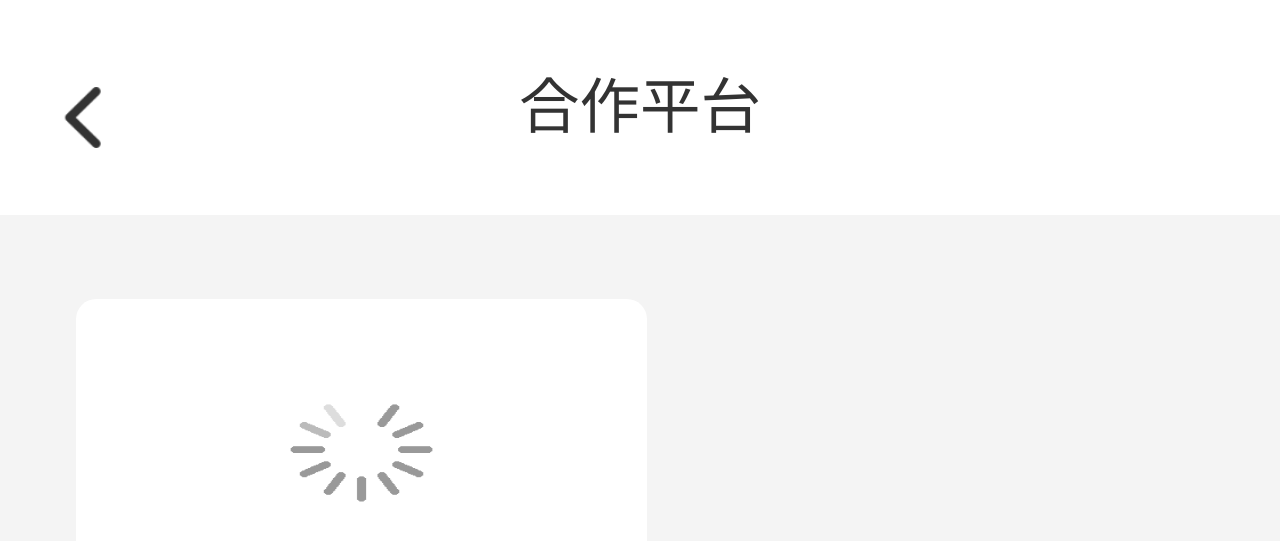
Repository: GgoodBoy/js-object
Page: jquery懒加载/platObj/platForm.html
An editor plug-in stored every save of this project. The page is shown before and after the next save, followed by the edit.
The browser window is 1280 px wide. The pictures show the whole page.
An inner scrolling area shows only its first screen. Some web libraries are served in a nearby version.

Above is the page before, as saved 2019-10-15 16:34:19.

After the next save:
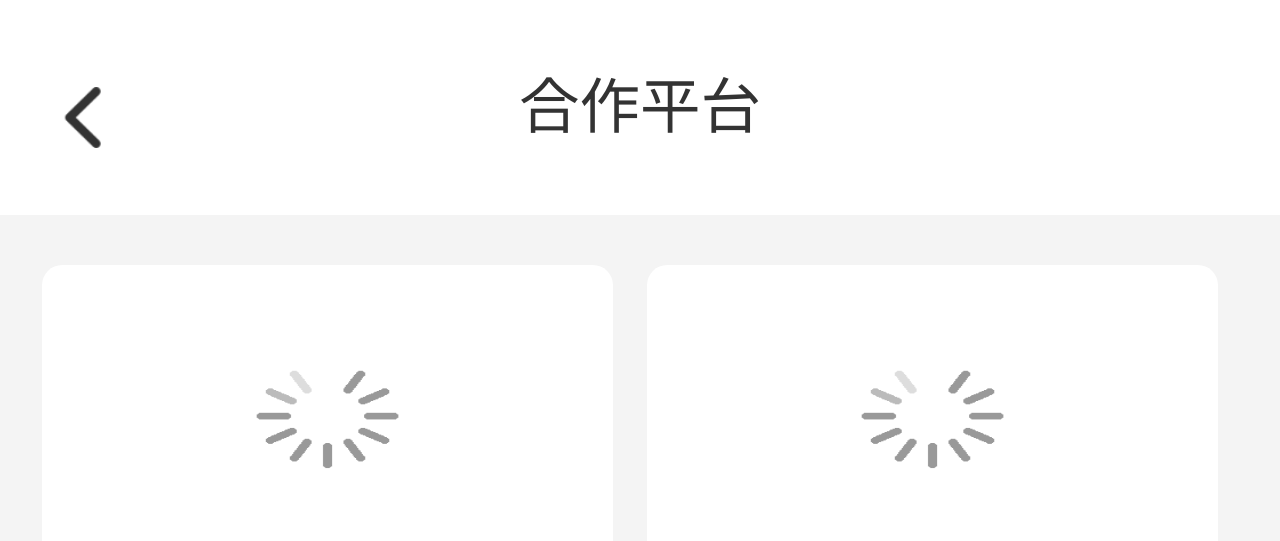
Saved 37 s later.
--- a/jquery懒加载/platObj/platForm.html
+++ b/jquery懒加载/platObj/platForm.html
@@ -158,7 +158,7 @@
     float: left;
     list-style: none;
     width: 3.4rem;
-    padding: 0.2rem;
+    padding-bottom: 0.2rem;
 }
 #platFormId .platList ul li:nth-child(even){
     margin-left: 0.2rem;
